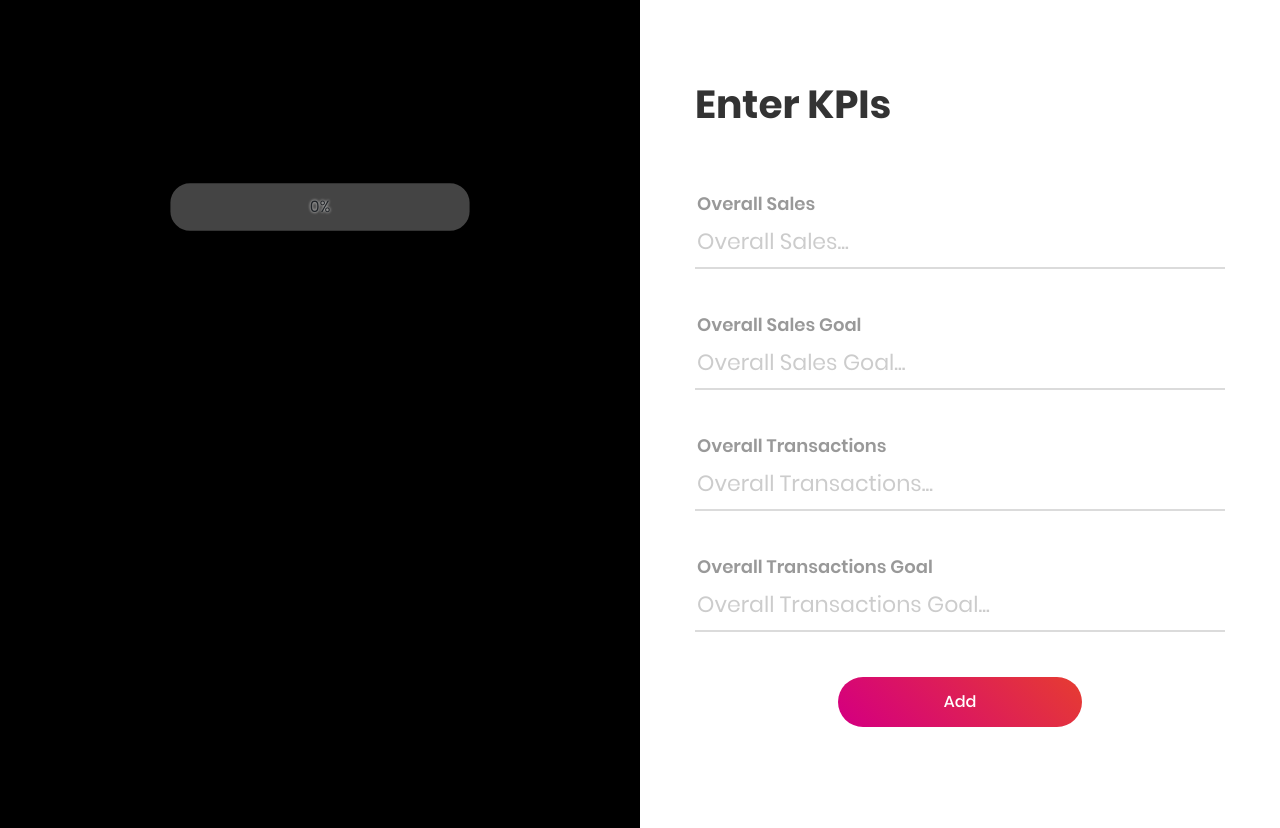
Repository: jameyel/kpi-entry
Page: index.html
The author's editor kept a copy of each file at every save. The page is drawn from the files as they stood at one save, then again after the next save.
The browser window is 1280 px wide. The pictures show the whole page.

Above is the page before, as saved 2018-12-09 17:51:22.

After the next save:
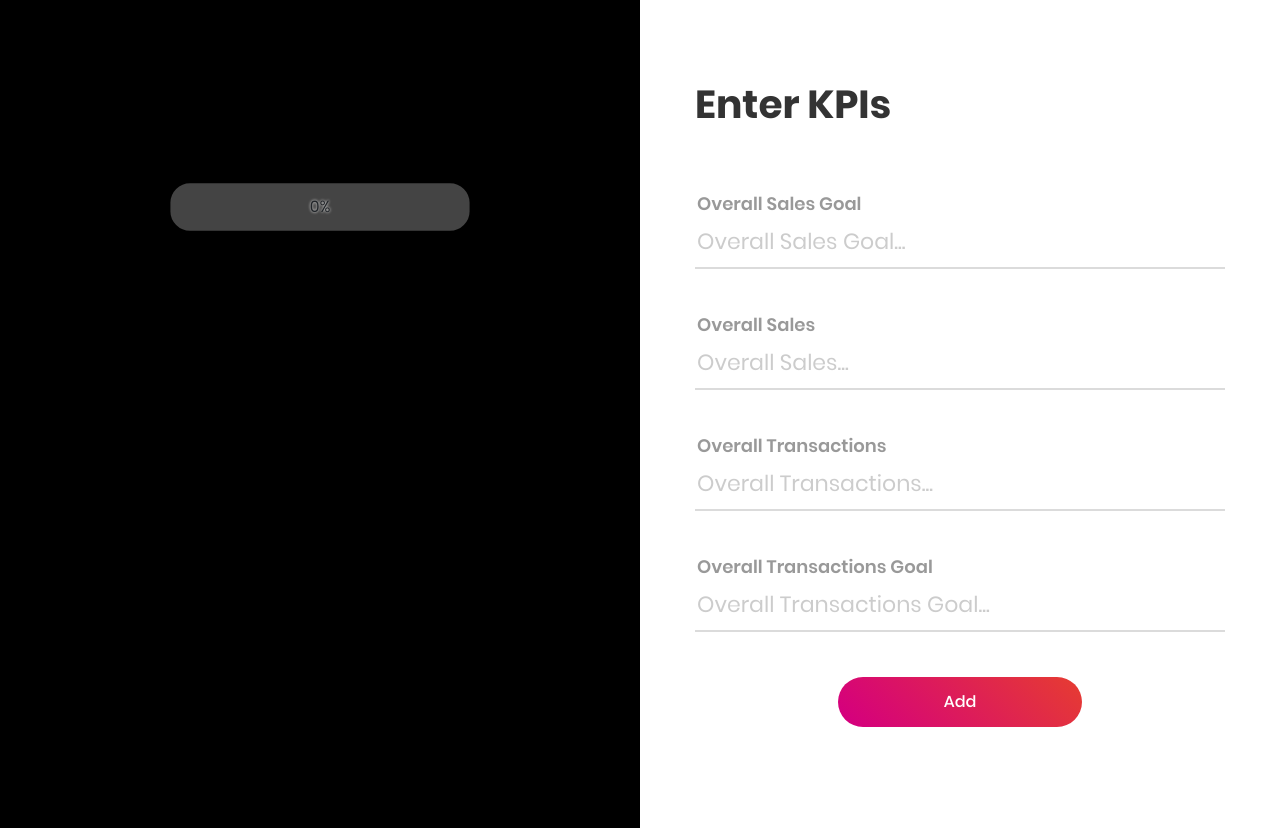
Saved 69 min 49 s later.
--- a/index.html
+++ b/index.html
@@ -104,26 +104,26 @@
             class="wrap-input100 validate-input"
             data-validate="Overall Sales are required"
           >
+            <div
+              class="wrap-input100 validate-input"
+              data-validate="Valid email is required: ex@abc.xyz"
+            >
+              <span class="label-input100">Overall Sales Goal</span>
+              <input
+                class="input100"
+                type="text"
+                name="osg"
+                placeholder="Overall Sales Goal..."
+              />
+              <span class="focus-input100"></span>
+            </div>
+
             <span class="label-input100">Overall Sales</span>
             <input
               class="input100 overall-sales"
               type="text"
               name="os"
               placeholder="Overall Sales..."
-            />
-            <span class="focus-input100"></span>
-          </div>
-
-          <div
-            class="wrap-input100 validate-input"
-            data-validate="Valid email is required: ex@abc.xyz"
-          >
-            <span class="label-input100">Overall Sales Goal</span>
-            <input
-              class="input100"
-              type="text"
-              name="osg"
-              placeholder="Overall Sales Goal..."
             />
             <span class="focus-input100"></span>
           </div>
